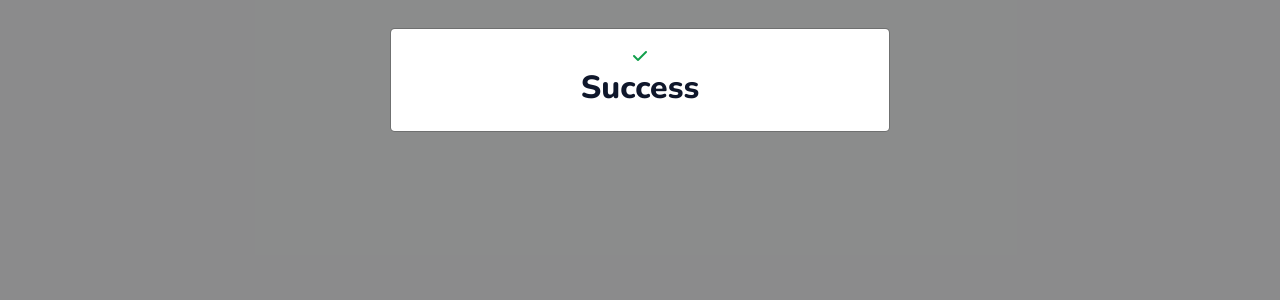
Repository: Dangtrinh28/thuymoc
Page: bookingSuccess.html
An editor plug-in stored every save of this project. The page is shown before and after a run of saves, followed by the edit.
The browser window is 1280 px wide. The pictures show the whole page.
Some web libraries are served in a nearby version.

Above is the page before, as saved 2022-11-25 04:05:20.

After the next 2 saves:
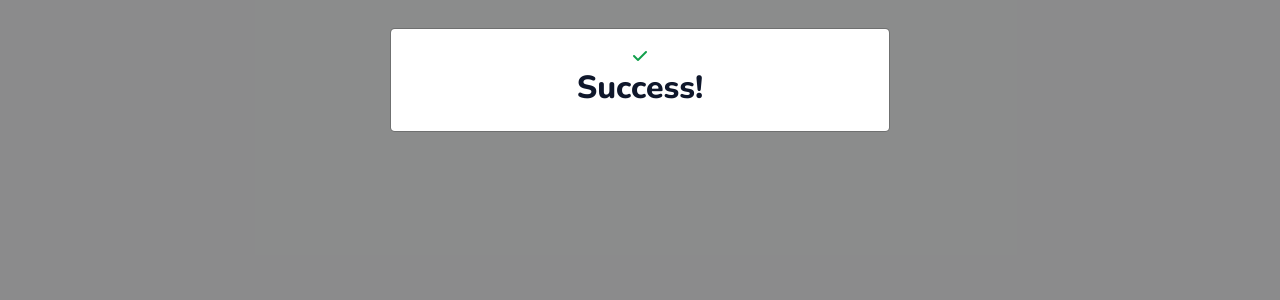
The 2 saves are shown as one change because they came seconds apart.
The last was saved 17 s later.
--- a/bookingSuccess.html
+++ b/bookingSuccess.html
@@ -41,7 +41,7 @@
                 <div class="modal-content">
                     <div class="modal-body text-primary text-center">
                         <i class="modal-body-icon fa-solid fa-check"></i>
-                        <h2 class="">Success</h2>
+                        <h2 class="tex">Success!</h2>
                     </div>
                 </div>
             </div>
